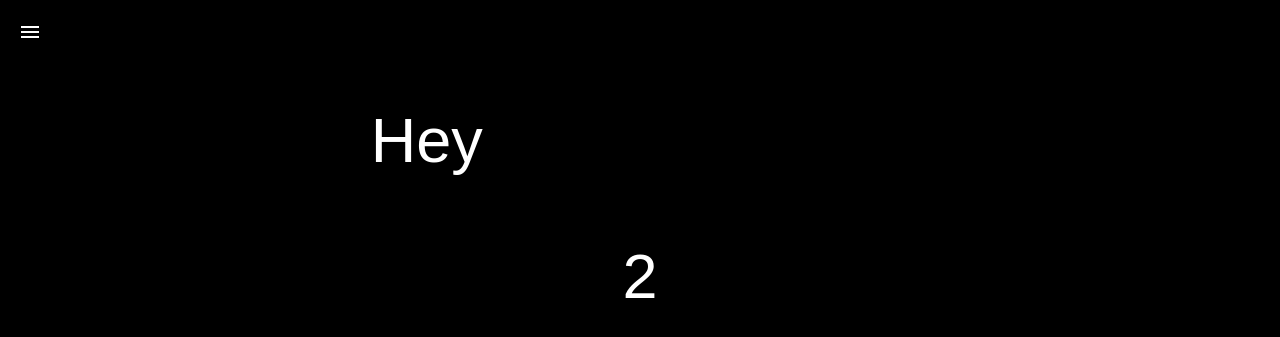
Repository: Ajtheult/final-project
Page: /cart
An editor plug-in stored every save of this project. The page is shown before and after the next save, followed by the edit.
The browser window is 1280 px wide. The pictures show the whole page.
Some web fonts or font styles are not loaded; a fallback is used. Some web libraries are served in a nearby version. The project was rebuilt for these pictures with package versions that can differ from the ones it lists, and the page was loaded fresh each time. Also part of the build but not shown: src/layout/pages/LandingPage.js, src/layout/pages/About.js, src/layout/pages/catalogue/Keys.js, src/layout/pages/catalogue/String.js, src/layout/pages/catalogue/Woodwind.js, src/layout/pages/catalogue/Percussion.js, src/layout/pages/login/Login.js, src/layout/pages/login/NewSignUp.js.

Above is the page before, as saved 2020-07-23 10:16:18.

### public/index.html
<!DOCTYPE html>
<html lang="en">
  <head>
    <meta charset="utf-8" />
    <link rel="icon" type="image/png" href="favicon.png" />
    <meta name="viewport" content="width=device-width, initial-scale=1" />
    <meta name="theme-color" content="#000000" />
    <meta
      name="description"
      content="Web site created using create-react-app"
    />

    <link rel="manifest" href="%PUBLIC_URL%/manifest.json" />

    <link
      rel="stylesheet"
      href="https://fonts.googleapis.com/icon?family=Material+Icons"
    />
    <link
      rel="stylesheet"
      href="https://cdnjs.cloudflare.com/ajax/libs/animate.css/4.0.0/animate.min.css"
    />
    <link
      href="https://fonts.googleapis.com/css2?family=Gruppo&family=Qwigley&display=swap"
      rel="stylesheet"
    />

    <title>Ling Ling 40 Hours</title>
  </head>
  <body>
    <noscript>You need to enable JavaScript to run this app.</noscript>
    <div id="root"></div>
  </body>
</html>

### src/index.js
import React from "react";
import ReactDOM from "react-dom";

import "materialize-css/dist/css/materialize.min.css";

import App from "./App";

ReactDOM.render(
  <React.StrictMode>
    <App />
  </React.StrictMode>,
  document.getElementById("root")
);

### src/App.js
import React from "react";
import "./App.css";
import Navbar from "./layout/nav/Navbar";
import LandingPage from "./layout/pages/LandingPage";
import About from "./layout/pages/About";
import Keys from "./layout/pages/catalogue/Keys";
import String from "./layout/pages/catalogue/String";
import Woodwind from "./layout/pages/catalogue/Woodwind";
import Percussion from "./layout/pages/catalogue/Percussion";
import Login from "./layout/pages/login/Login";
import Cart from "./layout/pages/Cart";
import NewSignUp from "./layout/pages/login/NewSignUp";

import { BrowserRouter as Router, Switch, Route } from "react-router-dom";

function App() {
  return (
    <Router>
      <div className="App">
        <Navbar />
        <Switch>
          <Route path="/" exact component={LandingPage} />
          <Route path="/about" component={About} />
          <Route path="/login" component={Login} />
          <Route path="/cart" component={Cart} />
          <Route path="/keys" component={Keys} />
          <Route path="/string" component={String} />
          <Route path="/woodwind" component={Woodwind} />
          <Route path="/percussion" component={Percussion} />
          <Route path="/new-sign-up" component={NewSignUp} />
        </Switch>
      </div>
    </Router>
  );
}

export default App;

### src/App.css
.App {
  text-align: center;
}

/* The text colour is white thats why its not showing */

.text-nav {
  margin-left: 55%;
  font-size: 25px;
}

.a-text-nav {
  font-size: 25px;
}

.size {
  font-size: 30px;
}

img.bg {
  /* Set rules to fill background */
  min-height: 100%;
  min-width: 1024px;

  /* Set up proportionate scaling */
  width: 100%;
  height: auto;

  /* Set up positioning */
  position: fixed;
  top: 0;
  left: 0;
  z-index: -1;
}

div.admin-bg {
  /* Set rules to fill background */
  min-height: 100%;
  min-width: 1024px;

  /* Set up proportionate scaling */
  width: 100%;
  height: auto;

  /* Set up positioning */
  position: fixed;
  top: 0;
  left: 0;
  z-index: -1;
  background-color: black;
}

@media screen and (max-width: 1024px) {
  /* Specific to this particular image */
  img.bg {
    left: 50%;
    margin-left: -512px; /* 50% */
  }

  div.admin-bg {
    left: 50%;
    margin-left: -512px; /* 50% */
  }
}

h1,
p {
  color: white;
}

.myback {
  height: 220px;
  width: 300px;
}

.centered {
  position: absolute;
  top: 40%;
  left: 50%;
  transform: translate(-50%, -50%);
  font-size: 140px;
  font-family: "Qwigley", cursive;
  color: rgb(255, 255, 255);
}
/* Login-Start */
body {
  font-family: sans-serif;
  background-color: black;
  background-size: cover;
}

.sign {
  text-align: left;
  margin-left: 20px;
  font-size: 22px;
  font-family: serif;
  color: black;
}
.my_login-box {
  width: 300px;
  position: absolute;
  top: 50%;
  left: 50%;
  transform: translate(-50%, -50%);
}

.my_login-box h1 {
  font-size: 30px;
  margin-bottom: 30px;
  padding: 5px;
  font-family: Times, serif;
  color: black;
}

.my_textbox {
  width: 100%;
  overflow: hidden;
  font-size: 20px;
  padding: 8px;
  margin: 8px;
}

.my_textbox input {
  border: none;
  outline: none;
  background: none;
  color: white;
  font-size: 18px;
  width: 80%;
  float: left;
  margin: 0 10px;
}

.my_btn {
  width: 100%;
  background-color: black;
  border: 10px solid black;
  color: rgb(255, 255, 255);
  padding: 5px;
  font-size: 18px;
  cursor: pointer;
  margin: 12px;
}
/* Login-End */

.colour_of_about_text {
  color: white;
  font-size: 30px;
}

.text-colour {
  color: black;
}

.move_down {
  margin-top: 50%;
}

.card_text_colour {
  color: black;
  font-size: 18px;
  text-align: left;
}

.price {
  margin-top: -10px;
  text-align: left;
}

.cart-btn {
  margin-top: 10px;
}

.headings_popup {
  text-align: left;
}

.instrument_sections {
  color: black;
  font-family: "Qwigley", cursive;
  font-size: 80px;
  margin-top: -5px;
  text-shadow: 2px 0 0 #fff, -2px 0 0 #fff, 0 2px 0 #fff, 0 -2px 0 #fff,
    1px 1px #fff, -1px -1px 0 #fff, 1px -1px 0 #fff, -1px 1px 0 #fff;
}

.about {
  font-family: "Qwigley", cursive;
  font-size: 180px;
  color: black;
  text-shadow: 2px 0 0 #fff, -2px 0 0 #fff, 0 2px 0 #fff, 0 -2px 0 #fff,
    1px 1px #fff, -1px -1px 0 #fff, 1px -1px 0 #fff, -1px 1px 0 #fff;
}

.questions {
  font-family: "Gruppo", cursive;
}

.move_this_up {
  margin-top: -10px;
}

.move_my_products {
  margin-top: -70px;
}

.about_us_move {
  margin-left: 50%;
  margin-top: 19%;
  position: absolute;
  padding: 20px;
  transform: translate(-50%, -50%);
}

.gender_colour {
  color: black;
}

.the_container {
  width: 50%;
}

.move_this_row {
  margin-top: -80px;
}

.sign_up_head {
  font-family: "Qwigley", cursive;
  font-size: 100px;
  color: black;
  text-shadow: 2px 0 0 #fff, -2px 0 0 #fff, 0 2px 0 #fff, 0 -2px 0 #fff,
    1px 1px #fff, -1px -1px 0 #fff, 1px -1px 0 #fff, -1px 1px 0 #fff;
}

### src/layout/nav/Navbar.js
/* eslint-disable jsx-a11y/anchor-is-valid */
import React, { Component } from "react";
import M from "materialize-css/dist/js/materialize.min.js";
import "../../App.css";
import logo from "./logo.jpg";
import mybackground from "./mybackground.jpg";
import { Link } from "react-router-dom";

export class Navbar extends Component {
  componentDidMount() {
    document.addEventListener("DOMContentLoaded", function () {
      var elems = document.querySelectorAll(".sidenav");
      // eslint-disable-next-line
      var instances = M.Sidenav.init(elems, {});
    });
  }

  render() {
    return (
      <div>
        <nav>
          <div className="nav-wrapper black">
            <a
              data-target="slide-out"
              className="sidenav-trigger show-on-large"
            >
              <i className="material-icons">menu</i>
            </a>
          </div>
        </nav>
        <ul id="slide-out" className="sidenav">
          <li>
            <div className="user-view">
              <div className="background">
                <img src={mybackground} className="myback" alt="background" />
              </div>
              <a href="/">
                <img className="circle" src={logo} alt="logo" />
              </a>

              <span className="white-text name size">40 hours</span>
              <br />
            </div>
          </li>
          <Link to="/">
            <li>Home</li>
          </Link>
          <Link to="/about">
            <li>About Us</li>
          </Link>
          <li>
            <div className="divider"></div>
          </li>

          <li>
            <div className="subheader">User</div>
          </li>

          <Link to="/login">
            <li>Login</li>
          </Link>
          <Link to="/new-sign-up">
            <li>Sign up</li>
          </Link>

          <Link to="/cart">
            <li>Cart</li>
          </Link>
          <li>
            <div className="divider"></div>
          </li>

          <li>
            <div className="subheader">Catalogue</div>
          </li>

          <Link to="/keys">
            <li>Keys</li>
          </Link>
          <Link to="/string">
            <li>String</li>
          </Link>
          <Link to="/woodwind">
            <li>Woodwind</li>
          </Link>
          <Link to="/percussion">
            <li>Percussion</li>
          </Link>
          <li>
            <div className="divider"></div>
          </li>
          <li>
            <div className="subheader">My Portfolio</div>
          </li>
          <li>
            <a
              className="waves-effect"
              href="https://ajtheult.github.io/portfolio-v3/"
            >
              Asaph Franks
            </a>
          </li>
        </ul>
      </div>
    );
  }
}

export default Navbar;

### src/layout/pages/Cart.js
import React from "react";

const Cart = () => {
  return (
    <div>
      <div class="row">
        <div class="col s8">
          <h1>Hey</h1>
        </div>

        <div class="col s12">
          <h1>2</h1>
        </div>
      </div>
    </div>
  );
};

export default Cart;

After the next save:
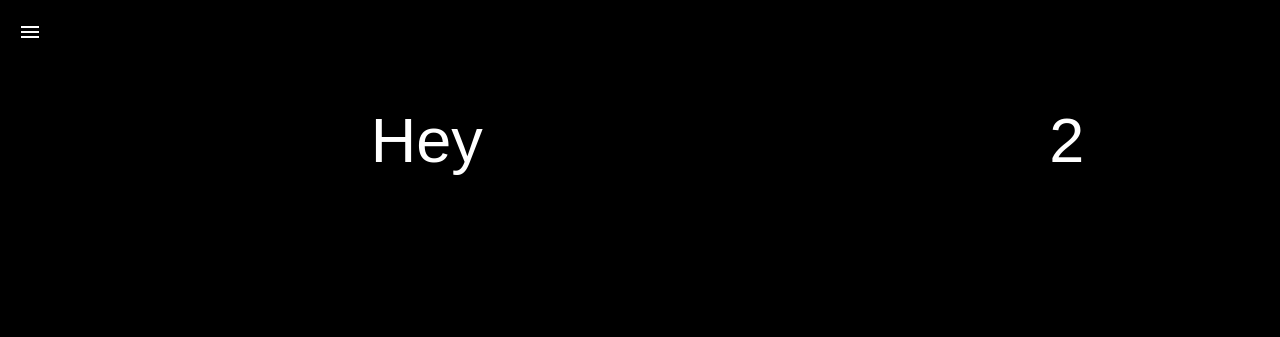
Saved 11 s later.
--- a/src/layout/pages/Cart.js
+++ b/src/layout/pages/Cart.js
@@ -8,7 +8,7 @@ const Cart = () => {
           <h1>Hey</h1>
         </div>
 
-        <div class="col s12">
+        <div class="col s4">
           <h1>2</h1>
         </div>
       </div>
